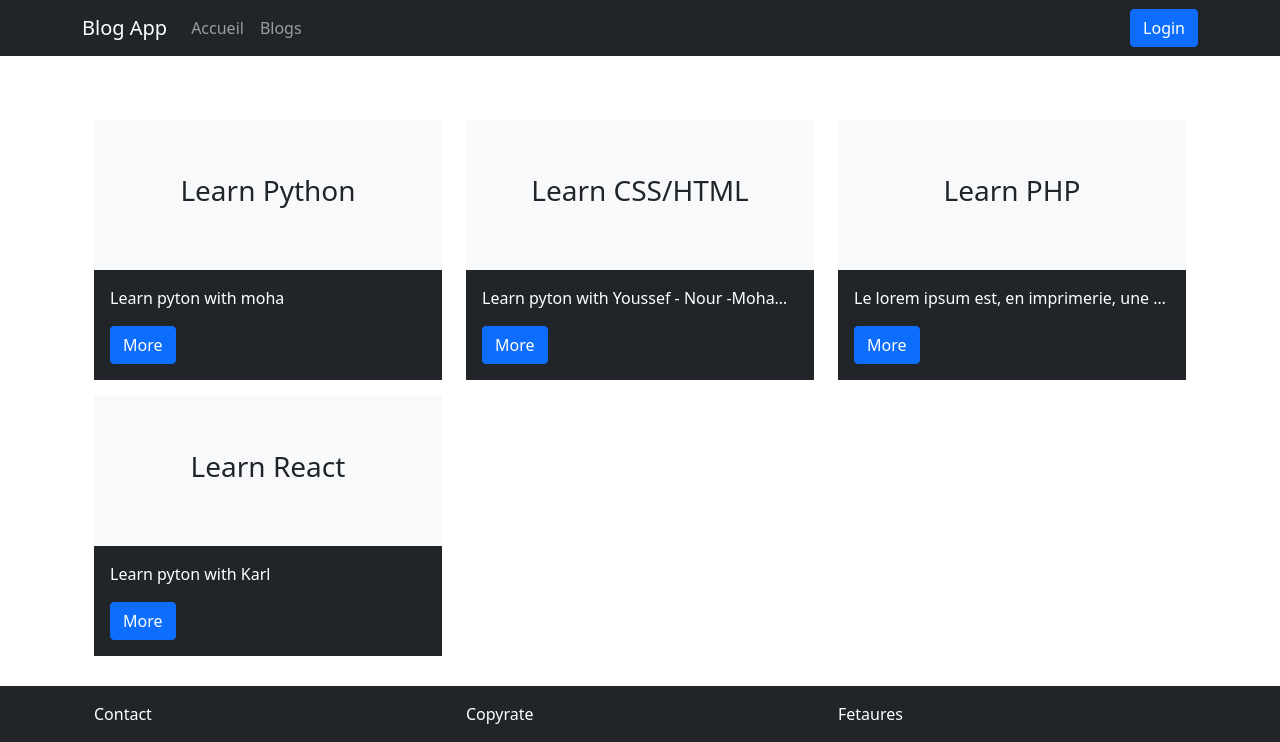
Repository: FS-23/laravel-blog-app
Page: http://localhost/blog/list
An editor plug-in stored every save of this project. The page is shown before and after the next save, followed by the edit.
The browser window is 1280 px wide. The pictures show the whole page.
The page is served by the project's Laravel application, run on PHP 8.4 with Laravel 9.

Above is the page before, as saved 2022-06-03 16:02:25.

After the next save:
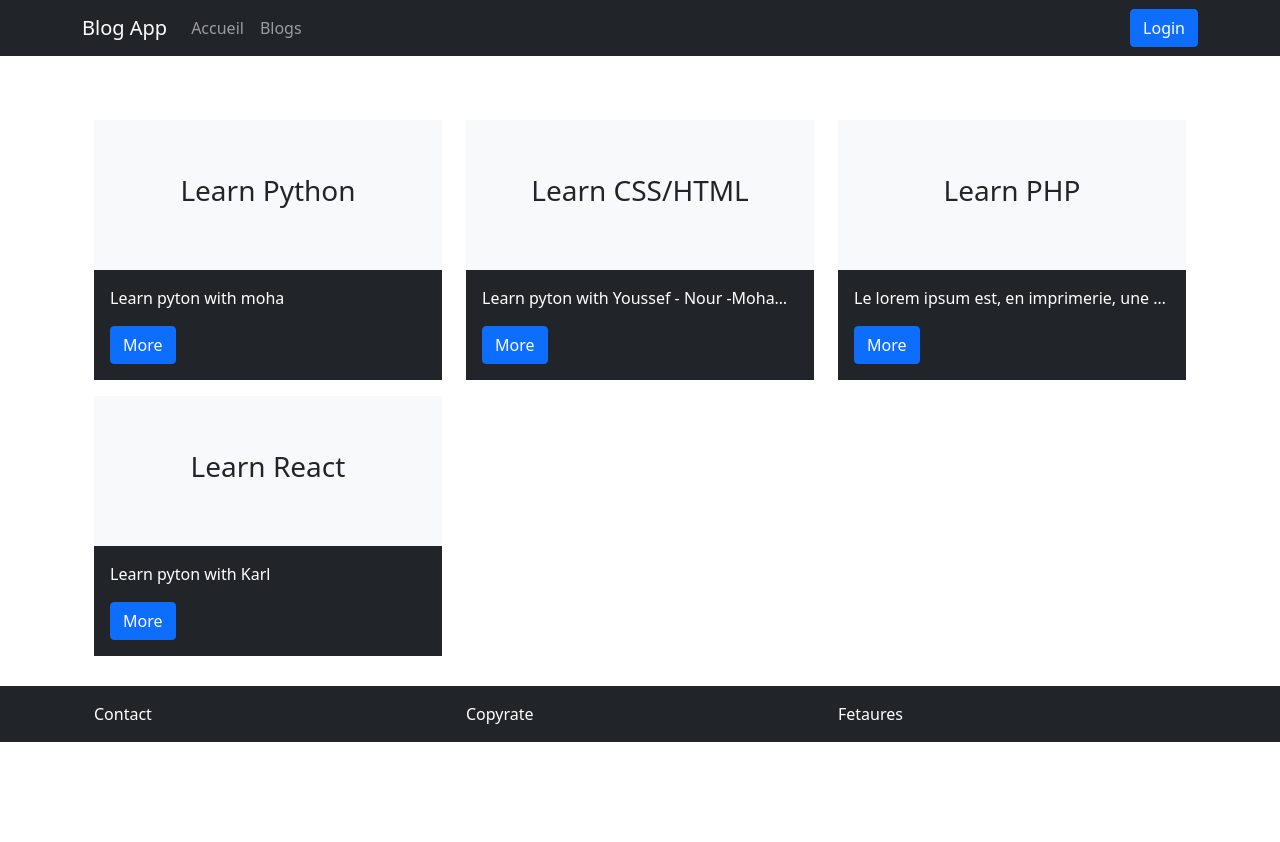
Saved 93 s later.
--- a/BlogApp/resources/views/layout/layout.blade.php
+++ b/BlogApp/resources/views/layout/layout.blade.php
@@ -46,7 +46,7 @@
         </div>
     </nav>
 
-    <div>
+    <div class="" style="margin-bottom: 100px">
         <section>
             @yield("content")
         </section>
